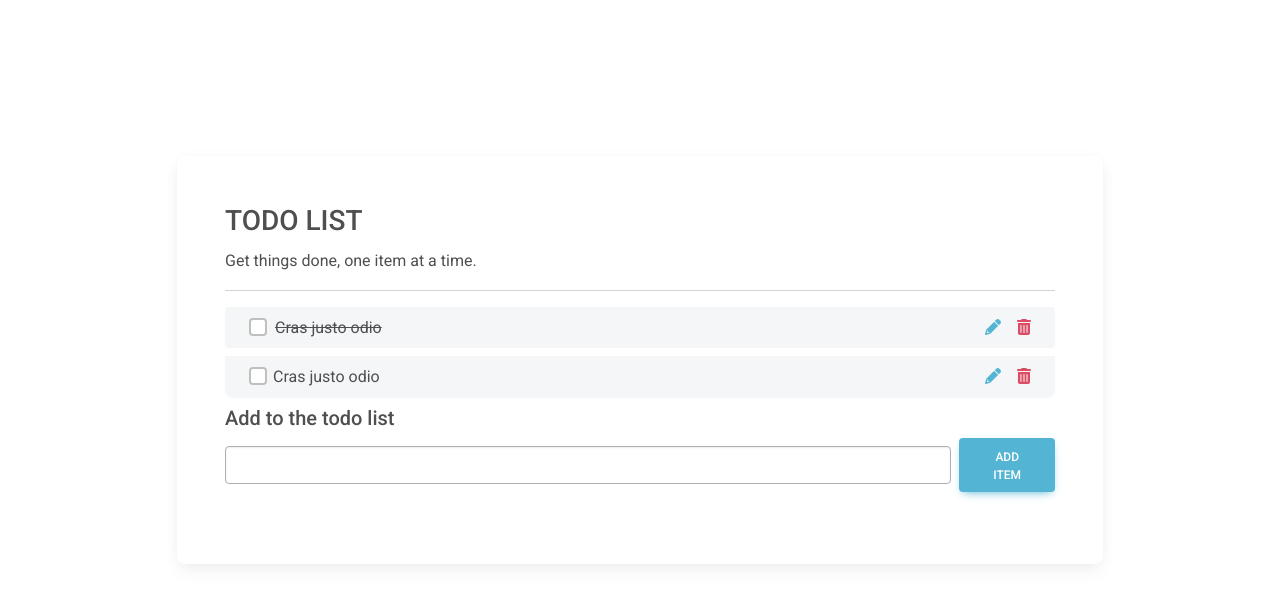
Repository: TinhTT336/MD02_HACKATHON01_HN_JV230620_BS_TranThiTinh_Basic
Page: /
An editor plug-in stored every save of this project. The page is shown before and after the next save, followed by the edit.
The browser window is 1280 px wide. The pictures show the whole page.
Some web libraries are served in a nearby version. The project was rebuilt for these pictures with package versions that can differ from the ones it lists, and the page was loaded fresh each time. Also part of the build but not shown: vite.config.js, src/App.css, src/index.css.

Above is the page before, as saved 2023-09-05 10:26:18.

### index.html
<!DOCTYPE html>
<html lang="en">
  <head>
    <meta charset="UTF-8" />
    <link rel="icon" type="image/svg+xml" href="/vite.svg" />
    <meta name="viewport" content="width=device-width, initial-scale=1.0" />
    <title>Vite + React</title>
    <link
      href="https://cdnjs.cloudflare.com/ajax/libs/font-awesome/6.0.0/css/all.min.css"
      rel="stylesheet"
    />
    <link
      href="https://fonts.googleapis.com/css?family=Roboto:300,400,500,700&display=swap"
      rel="stylesheet"
    />
    <link
      href="https://cdnjs.cloudflare.com/ajax/libs/mdb-ui-kit/6.2.0/mdb.min.css"
      rel="stylesheet"
    />
  </head>
  <body>
    <div id="root"></div>
    <script type="module" src="/src/main.jsx"></script>
  </body>
</html>

### src/App.jsx
import { useState } from 'react'
import './App.css'
import TodoList from './TodoList/todoList'

function App() {
  const [count, setCount] = useState(0)

  return (
    <>
      <TodoList />
    </>
  )
}

export default App

### src/TodoList/todoList.jsx
import React from 'react'

export default function TodoList() {
    return (
        <div>
            <section className="vh-100 gradient-custom">
                <div className="container py-5 h-100">
                    <div
                        className="row d-flex justify-content-center align-items-center
              h-100"
                    >
                        <div className="col col-xl-10">
                            <div className="card">
                                <div className="card-body p-5">
                                    <h3 style={{ marginBottom: 10 }}>
                                        TODO LIST
                                    </h3>
                                    <p>Get things done, one item at a time.</p>
                                    <hr></hr>


                                    {/* Tabs content */}
                                    <div className="tab-content">
                                        <div className="tab-pane fade show active">
                                            <ul className="list-group mb-0">
                                                <li
                                                    className="list-group-item d-flex
                                          align-items-center border-0 mb-2
                                          rounded justify-content-between"
                                                    style={{ backgroundColor: "#f4f6f7" }}
                                                >
                                                    <div>
                                                        <input
                                                            className="form-check-input
                                                  me-2"
                                                            type="checkbox"
                                                            defaultChecked=""
                                                        />
                                                        <s>Cras justo odio</s>
                                                    </div>
                                                    <div>
                                                        <a href="#!" className="text-info" title="Sửa công việc">
                                                            <i
                                                                className="fas
                                                      fa-pencil-alt
                                                      me-3"
                                                            />
                                                        </a>
                                                        <a
                                                            href="#!"
                                                            className="text-danger"
                                                            title="Xóa công việc"
                                                        >
                                                            <i
                                                                className="fas
                                                      fa-trash-alt"
                                                            />
                                                        </a>
                                                    </div>
                                                </li>
                                                <li
                                                    className="list-group-item d-flex
                                          align-items-center border-0 mb-2
                                          justify-content-between"
                                                    style={{ backgroundColor: "#f4f6f7" }}
                                                >
                                                    <div>
                                                        <input className="form-check-input" type="checkbox" />
                                                        Cras justo odio
                                                    </div>
                                                    <div>
                                                        <a href="#!" className="text-info" title="Sửa công việc">
                                                            <i
                                                                className="fas
                                                      fa-pencil-alt
                                                      me-3"
                                                            />
                                                        </a>
                                                        <a
                                                            href="#!"
                                                            className="text-danger"
                                                            title="Xóa công việc"
                                                        >
                                                            <i
                                                                className="fas
                                                      fa-trash-alt"
                                                            />
                                                        </a>
                                                    </div>
                                                </li>
                                            </ul>
                                            <div className="tab-content">
                                                <h5>Add to the todo list</h5>
                                                <form
                                                    className="d-flex justify-content-center
                              align-items-center mb-4"
                                                >
                                                    <div className="form-outline flex-fill">
                                                        <input type="text" id="form2" className="form-control" style={{ border: "1px solid #afafaf" }} />
                                                        {/* <label className="form-label" htmlFor="form2">
                                                            ADD ITEM
                                                        </label> */}
                                                    </div>
                                                    <button
                                                        type="submit"
                                                        className="btn btn-info
                                  ms-2"
                                                    >
                                                        ADD ITEM
                                                    </button>
                                                </form>
                                            </div>
                                        </div>
                                    </div>
                                    {/* Tabs content */}
                                </div>
                            </div>
                        </div>
                    </div>
                </div>
            </section >

        </div >
    )
}

Loaded but not shown: src/main.jsx (common file)

After the next save:
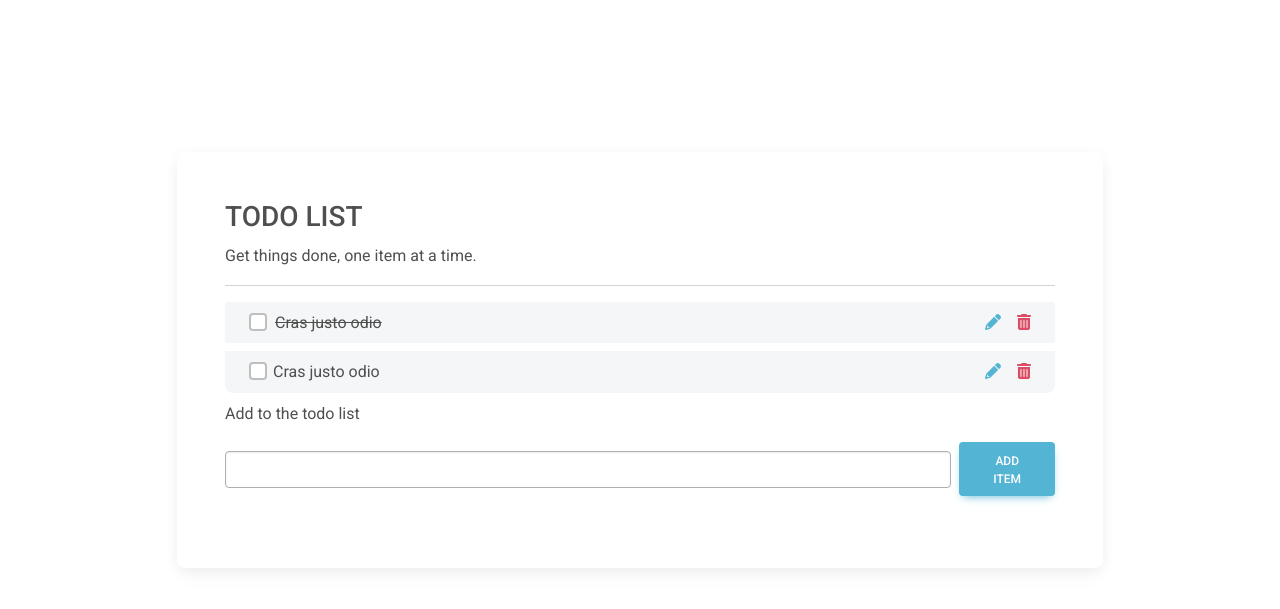
Saved 17 s later.
--- a/src/TodoList/todoList.jsx
+++ b/src/TodoList/todoList.jsx
@@ -90,7 +90,7 @@ export default function TodoList() {
                                                 </li>
                                             </ul>
                                             <div className="tab-content">
-                                                <h5>Add to the todo list</h5>
+                                                <p>Add to the todo list</p>
                                                 <form
                                                     className="d-flex justify-content-center
                               align-items-center mb-4"
